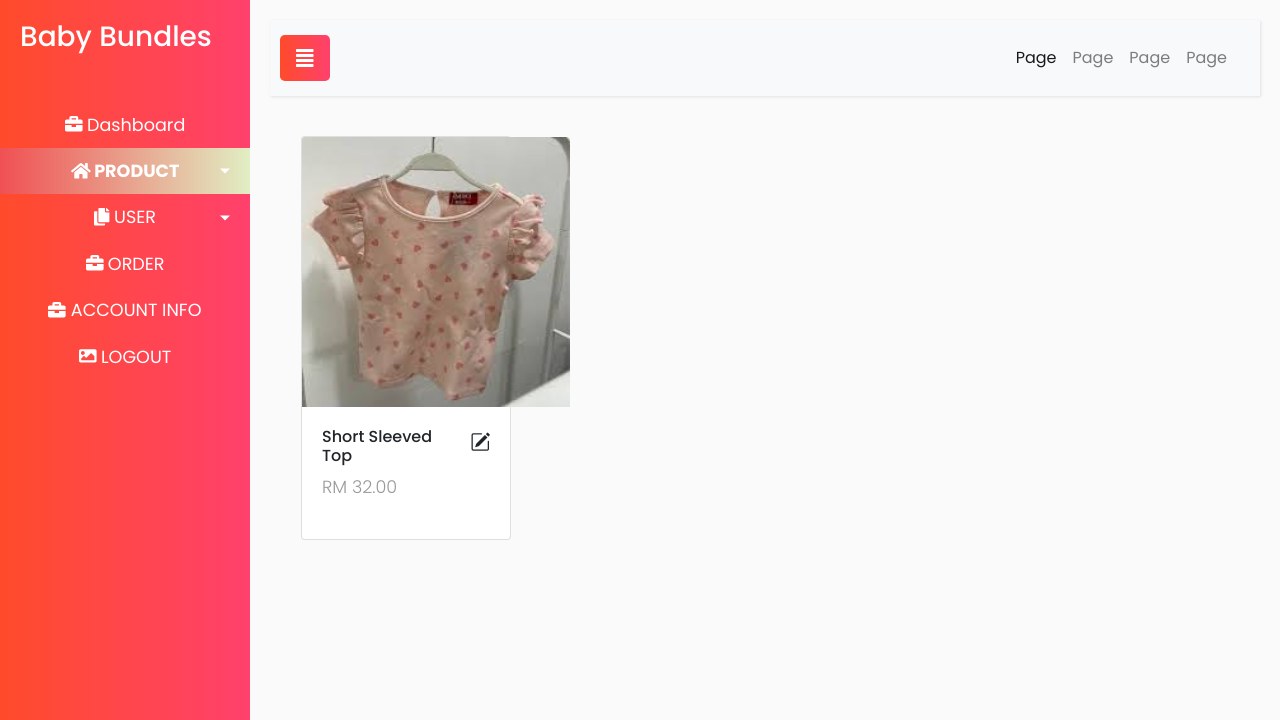
Repository: jiahow99/Baby-Bundles-University
Page: http://localhost/admin.php
The author's editor kept a copy of each file at every save. The page is drawn from the files as they stood at one save, then again after a run of saves.
The browser window is 1280 px wide. The pictures show the whole page.
Some web libraries are served in a nearby version. The page is run by PHP 8.4 with error messages shown; the project is at /var/www/html/. Queries for data that is not in the repository find no rows.

Above is the page before, as saved 2022-11-24 18:02:17.

### admin.php
<!DOCTYPE html>
<html>

<head>
    <meta charset="utf-8">
    <meta name="viewport" content="width=device-width, initial-scale=1.0">
    <meta http-equiv="X-UA-Compatible" content="IE=edge">

    <title>Admin</title>

    <!-- Bootstrap CSS CDN -->
    <link rel="stylesheet" href="https://stackpath.bootstrapcdn.com/bootstrap/4.1.0/css/bootstrap.min.css" integrity="sha384-9gVQ4dYFwwWSjIDZnLEWnxCjeSWFphJiwGPXr1jddIhOegiu1FwO5qRGvFXOdJZ4" crossorigin="anonymous">
    <!-- Our Custom CSS -->
    <link rel="stylesheet" href="css/admin.style.css">

    <!-- Font Awesome JS -->
    <script defer src="https://use.fontawesome.com/releases/v5.0.13/js/solid.js" integrity="sha384-tzzSw1/Vo+0N5UhStP3bvwWPq+uvzCMfrN1fEFe+xBmv1C/AtVX5K0uZtmcHitFZ" crossorigin="anonymous"></script>
    <script defer src="https://use.fontawesome.com/releases/v5.0.13/js/fontawesome.js" integrity="sha384-6OIrr52G08NpOFSZdxxz1xdNSndlD4vdcf/q2myIUVO0VsqaGHJsB0RaBE01VTOY" crossorigin="anonymous"></script>
    <!-- Bootstrap Icon -->
    <link rel="stylesheet" href="https://cdn.jsdelivr.net/npm/bootstrap-icons@1.3.0/font/bootstrap-icons.css">
    <!-- JQuery -->
    <script src="https://code.jquery.com/jquery-3.5.1.min.js"></script>


    <!-- AJAX display all products -->
    <script>
            $(document).ready(function(){
                $.ajax({
                    url: "fetch_product.php",
                    type: "get",
                    dataType: "JSON",
                    success:function(product)
                    {
                        var len = product.length;
                        for(i=0 ; i<len; i++){
                            var str = '<div class="col-3 mb-5"><a href="#" class="card" ><img class="card-img-top" src="' + product[i].image +'" style="width:268px;height:270px;"><div class="card-body">' +
                            '<div class="row"><div class="col-9"><h6>' + product[i].title + '</h6><p>RM ' + product[i].price + '</p></div>' +
                            '<div class="col-3" style="font-size:20px;"><i class="bi bi-pencil-square"></i></div></div></div></a></div>';

                            $('#product').append(str);
                        }
                    }
                });
            });

    </script>

</head>

<body>

    <div class="wrapper">
        <!-- Sidebar  -->
        <nav id="sidebar">
            <div class="sidebar-header">
                <h3>Baby Bundles</h3>
                <strong>BS</strong>
            </div>

            <ul class="list-unstyled components">
                <!-- Dashboard -->
                <li>
                    <a href="#">
                        <i class="fas fa-briefcase"></i>
                        <span id="aboutlabel">Dashboard</span>
                    </a>
                </li>
                <!-- Product -->
                <li class="active">
                    <a href="#homeSubmenu" data-toggle="collapse" aria-expanded="false" class="dropdown-toggle">
                        <i class="fas fa-home"></i>
                        <span id="homelabel">PRODUCT</span>
                    </a>
                    <ul class="collapse list-unstyled" id="homeSubmenu">
                        <li>
                            <a href="#">ADD PRODUCT</a>
                        </li>
                        <li>
                            <a href="#">DELETE PRODUCT</a>
                        </li>
                        <li>
                            <a href="#">VIEW ALL</a>
                        </li>
                    </ul>
                </li>
                <!-- User -->
                <li>
                    <a href="#pageSubmenu" data-toggle="collapse" aria-expanded="false" class="dropdown-toggle">
                        <i class="fas fa-copy"></i>
                        <span id="pagelabel">USER</span>
                    </a>
                    <ul class="collapse list-unstyled" id="pageSubmenu">
                        <li>
                            <a href="#">ADD USER</a>
                        </li>
                        <li>
                            <a href="#">DELETE USER</a>
                        </li>
                        <li>
                            <a href="#">VIEW ALL</a>
                        </li>
                    </ul>
                </li>
                <!-- Order -->
                <li>
                    <a href="#">
                        <i class="fas fa-briefcase"></i>
                        <span id="aboutlabel">ORDER</span>
                    </a>
                </li>
                <!-- Account Info -->
                <li>
                    <a href="#">
                        <i class="fas fa-briefcase"></i>
                        <span id="aboutlabel">ACCOUNT INFO</span>
                    </a>
                </li>
                <!-- Log out -->
                <li>
                    <a href="#">
                        <i class="fas fa-image"></i>
                        <span id="portfoliolabel">LOGOUT</span>
                    </a>
                </li>
            </ul>


        </nav>

        <!-- Page Content  -->
        <div id="content">

            <nav class="navbar navbar-expand-lg navbar-light bg-light">
                <div class="container-fluid pl-0">

                    <button type="button" id="sidebarCollapse" class="btn-lg btn-primary">
                        <i class="fas fa-align-justify"></i>
                        <!-- <span>Toggle Sidebar</span> -->
                    </button>
                    <button class="btn btn-dark d-inline-block d-lg-none ml-auto" type="button" data-toggle="collapse" data-target="#navbarSupportedContent" aria-controls="navbarSupportedContent" aria-expanded="false" aria-label="Toggle navigation">
                        <i class="fas fa-align-justify"></i>
                    </button>

                    <div class="collapse navbar-collapse" id="navbarSupportedContent">
                        <ul class="nav navbar-nav ml-auto">
                            <li class="nav-item active">
                                <a class="nav-link" href="#">Page</a>
                            </li>
                            <li class="nav-item">
                                <a class="nav-link" href="#">Page</a>
                            </li>
                            <li class="nav-item">
                                <a class="nav-link" href="#">Page</a>
                            </li>
                            <li class="nav-item">
                                <a class="nav-link" href="#">Page</a>
                            </li>
                        </ul>
                    </div>
                </div>
            </nav>

            <!-- Display all product -->
            <div class="row mx-3" id="product">
                <div class="col-3 mb-3">
                    <!-- Product card -->
                    <a href="#" class="card overflow-hidden">
                        <img class="card-img-top" src="img/top/top08.jpg" style="width:268px;height:270px;">
                        <div class="card-body">
                            <div class="row">
                                <!-- Title and Price -->
                                <div class="col-9">
                                    <h6>Short Sleeved Top</h6>
                                    <p>RM 32.00</p>
                                </div>
                                <!-- Edit icon -->
                                <div class="col-3" style="font-size:20px;"><i class="bi bi-pencil-square"></i></div>
                            </div>
                        </div>
                    </a>
                </div>
            </div>
    </div>

    <!-- Popper.JS -->
    <script src="https://cdnjs.cloudflare.com/ajax/libs/popper.js/1.14.0/umd/popper.min.js" integrity="sha384-cs/chFZiN24E4KMATLdqdvsezGxaGsi4hLGOzlXwp5UZB1LY//20VyM2taTB4QvJ" crossorigin="anonymous"></script>
    <!-- Bootstrap JS -->
    <script src="https://stackpath.bootstrapcdn.com/bootstrap/4.1.0/js/bootstrap.min.js" integrity="sha384-uefMccjFJAIv6A+rW+L4AHf99KvxDjWSu1z9VI8SKNVmz4sk7buKt/6v9KI65qnm" crossorigin="anonymous"></script>

    <script type="text/javascript">
        $(document).ready(function () {
            $('#sidebarCollapse').on('click', function () {
                $('#sidebar').toggleClass('active');
                $('#homelabel').toggleClass('d-none');
                $('#aboutlabel').toggleClass('d-none');
                $('#pagelabel').toggleClass('d-none');
                $('#portfoliolabel').toggleClass('d-none');
                $('#faqlabel').toggleClass('d-none');
                $('#contactlabel').toggleClass('d-none');
            });
        });
    </script>
</body>

</html>

### fetch_product.php
<?php

require_once('dbcontroller.php');

$dbcontroller = new DBController();

// Get all product
$result = $dbcontroller->selectProduct("SELECT * FROM product_table");

// Empty array
$output = array();

// Loop through Shopping Cart
foreach( $result as $product ){
    $product_array = array(
        'product_id' => $product['product_id'],
        'title' => mb_strimwidth($product['title'], 0, 30, "..."),
        'category' => $product['category'],
        'description' => $product['description'],
        'image' => $product['image'],
        'price' => $product['price']
    );

    // Append each product
    array_push($output, $product_array);

}

// Encode to JSON format
echo json_encode($output);



?>

### dbcontroller.php
<?php

class DBController{
    private $host = 'localhost';
    private $db = 'babybundles_database';
    private $user= 'root';
    private $pass = '';
    // private $attr = "mysql:host=$host;dbname=$db";
    // private $table = 'product_table';
    public $conn;

    // constructor
    function __construct(){
        $attr = "mysql:host=".$this->host.";dbname=".$this->db;
        $opts =
        [
            PDO::ATTR_ERRMODE => PDO::ERRMODE_EXCEPTION,
            PDO::ATTR_DEFAULT_FETCH_MODE => PDO::FETCH_ASSOC,
            PDO::ATTR_EMULATE_PREPARES => false,
        ];
        $this->conn = new PDO($attr, $this->user, $this->pass, $opts);
    }

    // Insert
    function insertQuery($query){
        $result = $this->conn->query($query);
        return $result;
    }

    // Select user
    function selectUser($query){
        $result = $this->conn->query($query);
        $row = $result->fetch();
        return $row;
    }

    // Select single product
    function selectSingleProduct($query){
        $result = $this->conn->query($query);
        $row = $result->fetch();
        return $row;
    }

    // Select all product
    function selectProduct($query){
        $result = $this->conn->query($query);
        $row = $result->fetchAll();
        return $row;
    }

    // Update shopping cart
    function updateCart($query){
        $result = $this->conn->query($query);
        return $result;
    }

    // count num of rows
    function numRows($query){
        $result = $this->conn->query($query);
        return $result->rowCount();
    }

    // limit text (title)
    function limit_text($text, $limit) {
        if (str_word_count($text, 0) > $limit) {
            $words = str_word_count($text, 2);
            $pos   = array_keys($words);
            $text  = substr($text, 0, $pos[$limit]) . '...';
        }
        return $text;
    }

    // sanitise()
    function sanitise($string){
        $string = htmlentities($string);
        return $string;
    }

}
?>

### css/admin.style.css
/*
    DEMO STYLE
*/

@import "https://fonts.googleapis.com/css?family=Poppins:300,400,500,600,700";

body {
    font-family: 'Poppins', sans-serif;
    background: #fafafa;
}

p {
    font-family: 'Poppins', sans-serif;
    font-size: 1.1em;
    font-weight: 300;
    line-height: 1.7em;
    color: #999;
}

a,
a:hover,
a:focus {
    color: inherit;
    text-decoration: none;
    transition: all 0.3s;
}

.navbar {
    padding: 15px 10px;
    background: #fff;
    border: none;
    border-radius: 0;
    margin-bottom: 40px;
    box-shadow: 1px 1px 3px rgba(0, 0, 0, 0.1);
}

.navbar-btn {
    box-shadow: none;
    outline: none !important;
    border: none;
}

.line {
    width: 100%;
    height: 1px;
    border-bottom: 1px dashed #ddd;
    margin: 40px 0;
}

i,
span {
    display: inline-block;
}

/* ---------------------------------------------------
    SIDEBAR STYLE
----------------------------------------------------- */

.wrapper {
    display: flex;
    align-items: stretch;
}

#sidebar {
    min-width: 250px;
    max-width: 250px;
    background: #FF416C;  /* fallback for old browsers */
    background: -webkit-linear-gradient(to right, #FF4B2B, #FF416C);  /* Chrome 10-25, Safari 5.1-6 */
    background: linear-gradient(to right, #FF4B2B, #FF416C); /* W3C, IE 10+/ Edge, Firefox 16+, Chrome 26+, Opera 12+, Safari 7+ */
    color: #fff;
    transition: all 0.3s;
}

#sidebar.active {
    min-width: 80px;
    max-width: 80px;
    text-align: center;
}

#sidebar.active .sidebar-header h3,
#sidebar.active .CTAs {
    display: none;
}

#sidebar.active .sidebar-header strong {
    display: block;
}

#sidebar ul li a {
    text-align: left;
}

#sidebar.active ul li a {
    padding: 20px 10px;
    text-align: center;
    font-size: 0.85em;
}

#sidebar.active ul li a i {
    margin-right: 0;
    display: block;
    font-size: 1.8em;
    margin-bottom: 5px;
}

#sidebar.active ul ul a {
    padding: 10px !important;
}

#sidebar.active .dropdown-toggle::after {
    top: auto;
    bottom: 10px;
    right: 50%;
    -webkit-transform: translateX(50%);
    -ms-transform: translateX(50%);
    transform: translateX(50%);
}

#sidebar .sidebar-header {
    padding: 20px;
    background: #FF416C;  /* fallback for old browsers */
    background: -webkit-linear-gradient(to right, #FF4B2B, #FF416C);  /* Chrome 10-25, Safari 5.1-6 */
    background: linear-gradient(to right, #FF4B2B, #FF416C); /* W3C, IE 10+/ Edge, Firefox 16+, Chrome 26+, Opera 12+, Safari 7+ */
}

#sidebar .sidebar-header strong {
    display: none;
    font-size: 1.8em;
}

#sidebar ul.components {
    padding: 20px 0;
}

#sidebar ul li a {
    padding: 10px;
    font-size: 1.1em;
    display: block;
    text-align: center;
}

#sidebar ul li a:hover {
    color: #dc1522;
    background: #fff;
    font-weight: bolder;
}

#sidebar ul li a i {
    margin-right: 10px;
}

#sidebar ul li.active>a,
a[aria-expanded="true"] {
    color: #fff;
    background: #e1eec3;  /* fallback for old browsers */
    background: -webkit-linear-gradient(to right, #f05053, #e1eec3);  /* Chrome 10-25, Safari 5.1-6 */
    background: linear-gradient(to right, #f05053, #e1eec3); /* W3C, IE 10+/ Edge, Firefox 16+, Chrome 26+, Opera 12+, Safari 7+ */
    font-weight: bolder;
}

a[data-toggle="collapse"] {
    position: relative;
}

.dropdown-toggle::after {
    display: block;
    position: absolute;
    top: 50%;
    right: 20px;
    transform: translateY(-50%);
}

ul ul a {
    font-size: 0.9em !important;
    padding-left: 30px !important;
    background: #6d7fcc;
}

ul.CTAs {
    padding: 20px;
}

ul.CTAs a {
    text-align: center;
    font-size: 0.9em !important;
    display: block;
    border-radius: 5px;
    margin-bottom: 5px;
}

a.download {
    background: #fff;
    color: #7386D5;
}

a.article,
a.article:hover {
    background: #6d7fcc !important;
    color: #fff !important;
}

/* ---------------------------------------------------
    CONTENT STYLE
----------------------------------------------------- */

#content {
    width: 100%;
    padding: 20px;
    min-height: 100vh;
    transition: all 0.3s;
}

/* ---------------------------------------------------
    MEDIAQUERIES
----------------------------------------------------- */

@media (max-width: 768px) {
    #sidebar {
        min-width: 80px;
        max-width: 80px;
        text-align: center;
        margin-left: -80px !important;
    }
    .dropdown-toggle::after {
        top: auto;
        bottom: 10px;
        right: 50%;
        -webkit-transform: translateX(50%);
        -ms-transform: translateX(50%);
        transform: translateX(50%);
    }
    #sidebar.active {
        margin-left: 0 !important;
    }
    #sidebar .sidebar-header h3,
    #sidebar .CTAs {
        display: none;
    }
    #sidebar .sidebar-header strong {
        display: block;
    }
    #sidebar ul li a {
        padding: 20px 10px;
    }
    #sidebar ul li a span {
        font-size: 0.85em;
    }
    #sidebar ul li a i {
        margin-right: 0;
        display: block;
    }
    #sidebar ul ul a {
        padding: 10px !important;
    }
    #sidebar ul li a i {
        font-size: 1.3em;
    }
    #sidebar {
        margin-left: 0;
    }
    #sidebarCollapse span {
        display: none;
    }
}

#homeSubmenu li a,#pageSubmenu li a{
    background: #ED213A;  /* fallback for old browsers */
    background: -webkit-linear-gradient(to right, #93291E, #ED213A);  /* Chrome 10-25, Safari 5.1-6 */
    background: linear-gradient(to right, #93291E, #ED213A); /* W3C, IE 10+/ Edge, Firefox 16+, Chrome 26+, Opera 12+, Safari 7+ */



}

.btn-primary{
    background: #FF416C;  /* fallback for old browsers */
    background: -webkit-linear-gradient(to right, #FF4B2B, #FF416C);  /* Chrome 10-25, Safari 5.1-6 */
    background: linear-gradient(to right, #FF4B2B, #FF416C); /* W3C, IE 10+/ Edge, Firefox 16+, Chrome 26+, Opera 12+, Safari 7+ */
    border: 0;
    cursor: pointer;
}

After the next 2 saves:
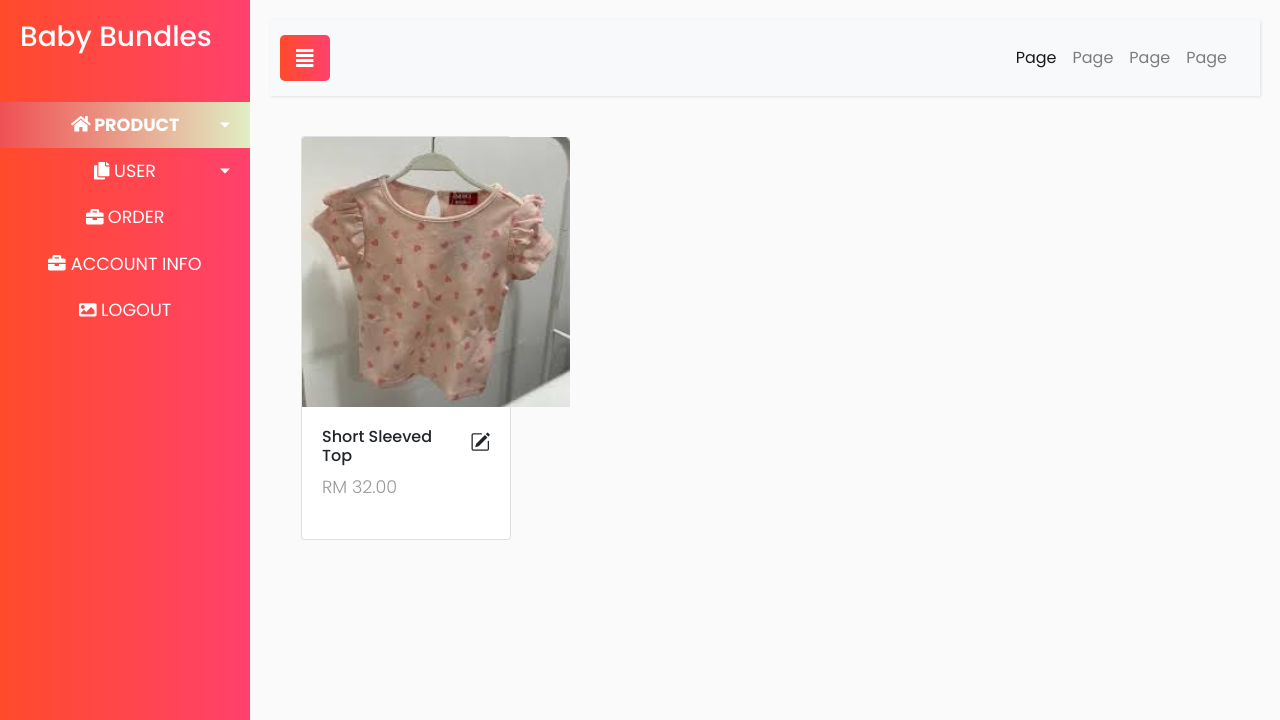
The 2 saves are shown as one change because they came seconds apart.
The last was saved 76 s later.
--- a/admin.php
+++ b/admin.php
@@ -58,13 +58,6 @@
             </div>
 
             <ul class="list-unstyled components">
-                <!-- Dashboard -->
-                <li>
-                    <a href="#">
-                        <i class="fas fa-briefcase"></i>
-                        <span id="aboutlabel">Dashboard</span>
-                    </a>
-                </li>
                 <!-- Product -->
                 <li class="active">
                     <a href="#homeSubmenu" data-toggle="collapse" aria-expanded="false" class="dropdown-toggle">

After the 2 saves that followed:
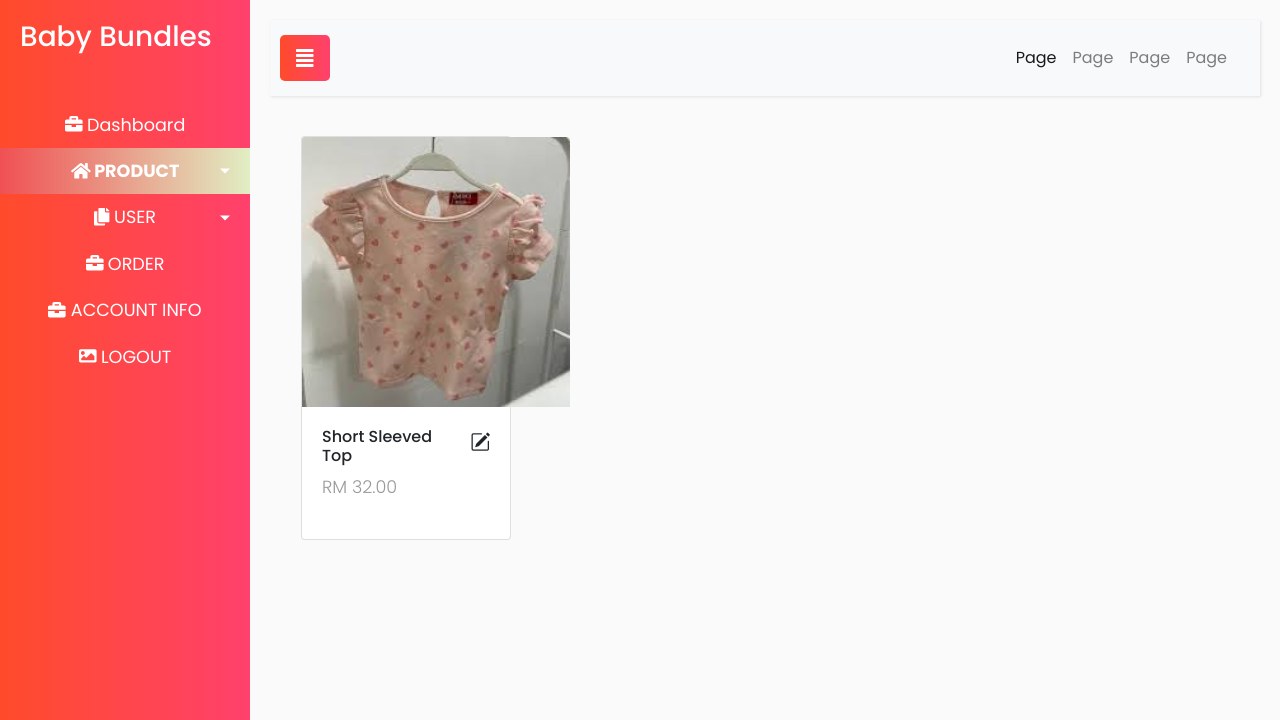
The 2 saves are shown as one change because 1 left the picture as it was.
The last was saved 10 s later.
--- a/admin.php
+++ b/admin.php
@@ -58,6 +58,13 @@
             </div>
 
             <ul class="list-unstyled components">
+                <!-- Dashboard -->
+                <li>
+                    <a href="#">
+                        <i class="fas fa-briefcase"></i>
+                        <span id="aboutlabel">Dashboard</span>
+                    </a>
+                </li>
                 <!-- Product -->
                 <li class="active">
                     <a href="#homeSubmenu" data-toggle="collapse" aria-expanded="false" class="dropdown-toggle">
